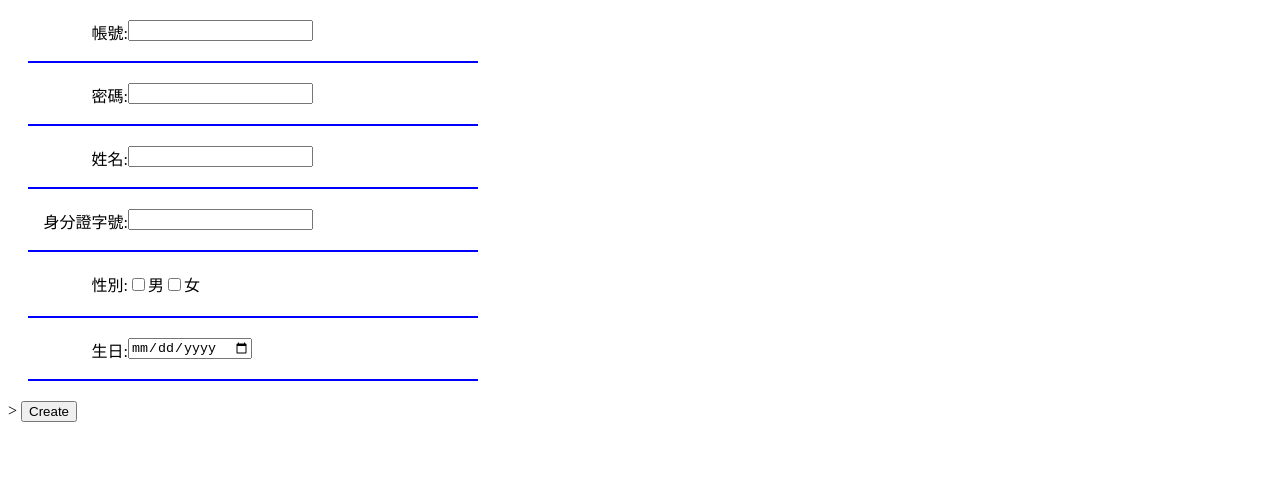
Repository: cctytw2000/Member
Page: Member/WebContent/Member/RegisteredMember.html
An editor plug-in stored every save of this project. The page is shown before and after the next save, followed by the edit.
The browser window is 1280 px wide. The pictures show the whole page.

Above is the page before, as saved 2019-08-29 09:47:35.

### Member/WebContent/Member/RegisteredMember.html
<!DOCTYPE html>
<html>
<head>
<meta charset="UTF-8">
<title>Insert title here</title>
<script src="../JS/RegisteredMember.js"></script>
<link rel="stylesheet" href="../CSS/RegisteredMember.css">
</head>
<body>


<form action="../RegisteredMember.do" method="post">

<div class="div1">
<label class='label1'>帳號:</label><input type="text" id="account" name="account">
</div>
<div class="div1">
<label class='label1'>密碼:</label><input type="password" id="password" name="password"><span id="msg_password"></span>
</div>
<div class="div1">
<label class='label1'>姓名:</label><input type="text" id="username" name="username"><span id="msg"></span>
</div>
<div class="div1">
<label class='label1'>身分證字號:</label><input type="text" name="idnumber">
</div>
<div class="div1">
<label class='label1'>性別:</label><input type="checkbox" name="sex" value="male">男<input type="checkbox" name="sex" value="female">女
</div>
<div class="div1">
<label class='label1'>生日:</label><input type="date" name="birth">
</div>
>
<input type="submit" value="Create">
</form>

</body>
</html>

### Member/WebContent/JS/RegisteredMember.js

document.addEventListener("DOMContentLoaded", function () {
    document.getElementById("username").addEventListener("blur", check_username); //事件繫結，事件氣泡(bubbling)
    document.getElementById("password").addEventListener("blur", check_password);
});



function check_username() {
    let acc = document.getElementById("username").value;
    var acc_length = acc.length;
    var flag4 = false;
    if (acc == "") {
        document.getElementById("msg").innerHTML = "<img src='../Images/noway.jpg'>不可空白"
    } else if (acc_length >= 2) {
        for (let i = 0; i < acc_length; i++) {

            if (acc.charCodeAt(i) >= 0x4e00 && acc.charCodeAt(i) <= 0x9fff) {

                console.log(acc.charAt(i))
                flag4 = true
            } else {
                flag4 = false;
                break;
            }
        }
        if (flag4) {
            document.getElementById("msg").innerHTML = "<img src='../image/yes.jpg'>"
            console.log(acc.charAt(i))
        } else {
            document.getElementById("msg").innerHTML = "<img src='../image/noway.jpg'>必須為中文字"
        }
    } else {
        document.getElementById("msg").innerHTML = "<img src='../image/noway.jpg'>至少兩個字"

    }

}






function check_password() {
    let PWDVal = document.getElementById("password").value;
    var PWDVallen = PWDVal.length;
    let flag1 = false, flag2 = false, flag3 = false
    let special = ['!', '@', '#', '$', '%', '^', '&', '*']


    if (PWDVal == "") {
        document.getElementById("msg_password").innerHTML = "<img src='../Images/noway.jpg'>不可空白"
    } else if (PWDVallen >= 6) {
        for (let i = 0; i < PWDVallen; i++) {
            let chrPwd = PWDVal.charAt(i).toUpperCase();
            if (chrPwd >= "A" && chrPwd <= "Z") {
                flag1 = true
                console.log(chrPwd)
            } else if (chrPwd >= "0" && chrPwd <= "9") {
                flag2 = true
                console.log(chrPwd)
            } else if (special.lastIndexOf(chrPwd)) {
                console.log(chrPwd)
                flag3 = true
            }
            if (flag1 && flag2 && flag3) {
                document.getElementById("msg_password").innerHTML = "<img src='../image/yes.jpg'>格式符合";

            } else {
                document.getElementById("msg_password").innerHTML = "<img src='../image/noway.jpg'>格式不符合"

            };
        }
    } else {
        document.getElementById("msg_password").innerHTML = "<img src='../image/noway.jpg'>至少六個字"
    }
    // document.getElementById("msg_password").innerHTML = "<img src='image/yes.jpg'>"
}

### Member/WebContent/CSS/RegisteredMember.css
  fieldset {
            width: 70%;
            border: 2px solid lightgreen;
            border-radius: 20px;
            margin: 10px auto;
        }

        .div1 {
            border-bottom: 2px solid blue;
            padding-bottom: 20px;
            margin: 20px;
            width: 450px;
        }

        .sub1 {
            width: 450px;
            text-align: center;
            padding: 20px;
        }

        .label1 {
            width: 100px;
            float: left;
            text-align: right
        }

        form {
            width: 100%;
            /* margin: 15px auto; */
        }

        h6 {

            text-align: center
        }

After the next save:
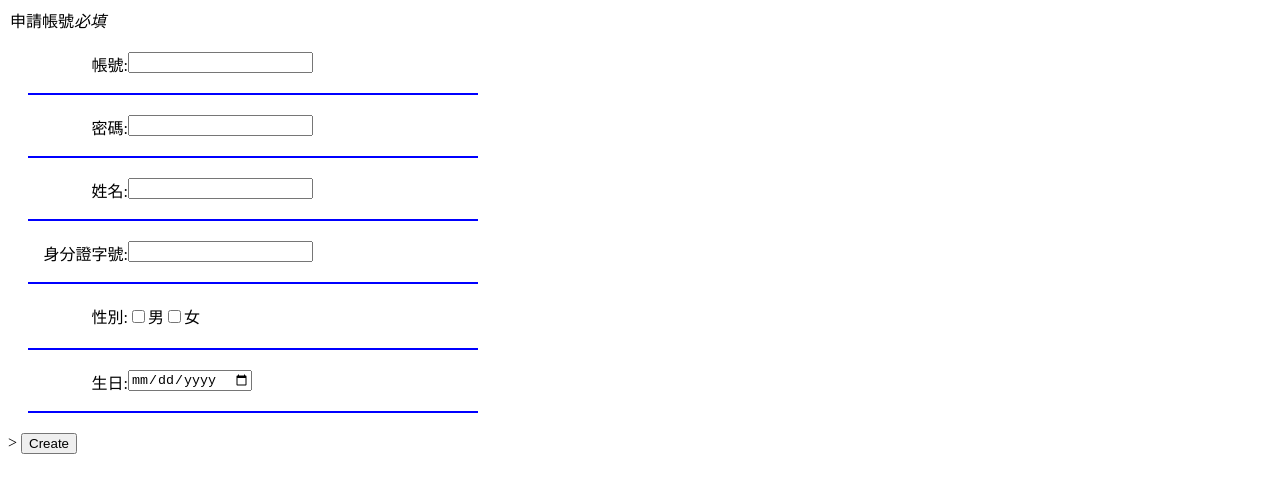
Saved 36 s later.
--- a/Member/WebContent/Member/RegisteredMember.html
+++ b/Member/WebContent/Member/RegisteredMember.html
@@ -11,6 +11,7 @@
 
 <form action="../RegisteredMember.do" method="post">
 
+<legend>申請帳號<em>必填</em></legend>
 <div class="div1">
 <label class='label1'>帳號:</label><input type="text" id="account" name="account">
 </div>
